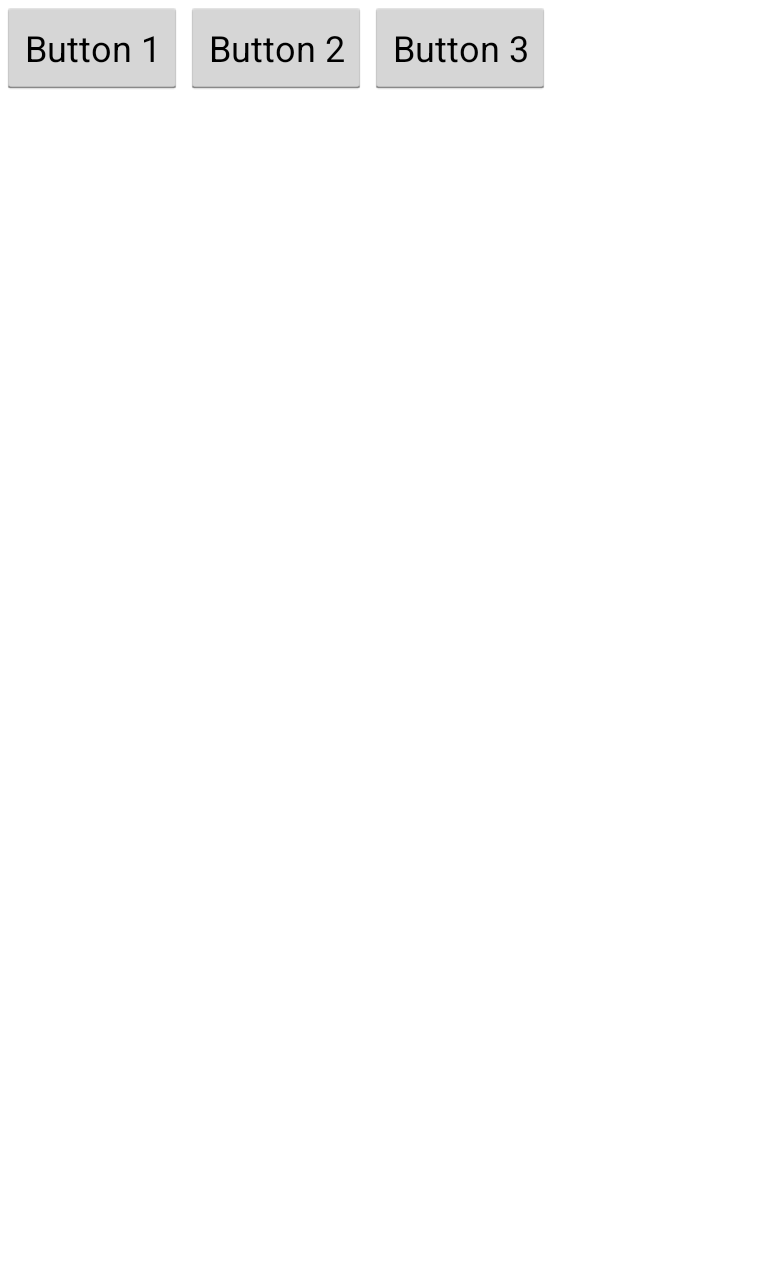
Repository: Wang-Xuan/Hello-World
Layout: UILayoutTest/res/layout/activity_main.xml
These files come from the project's save history. The layout is drawn as it stood at one moment and after the next save; the edit follows.
It is drawn on a 768 x 1280 px phone screen (xhdpi) without system bars, with theme AppTheme; the app's code is not run.

Above is the layout before, as saved 2014-12-07 05:19:23.

After the next save:
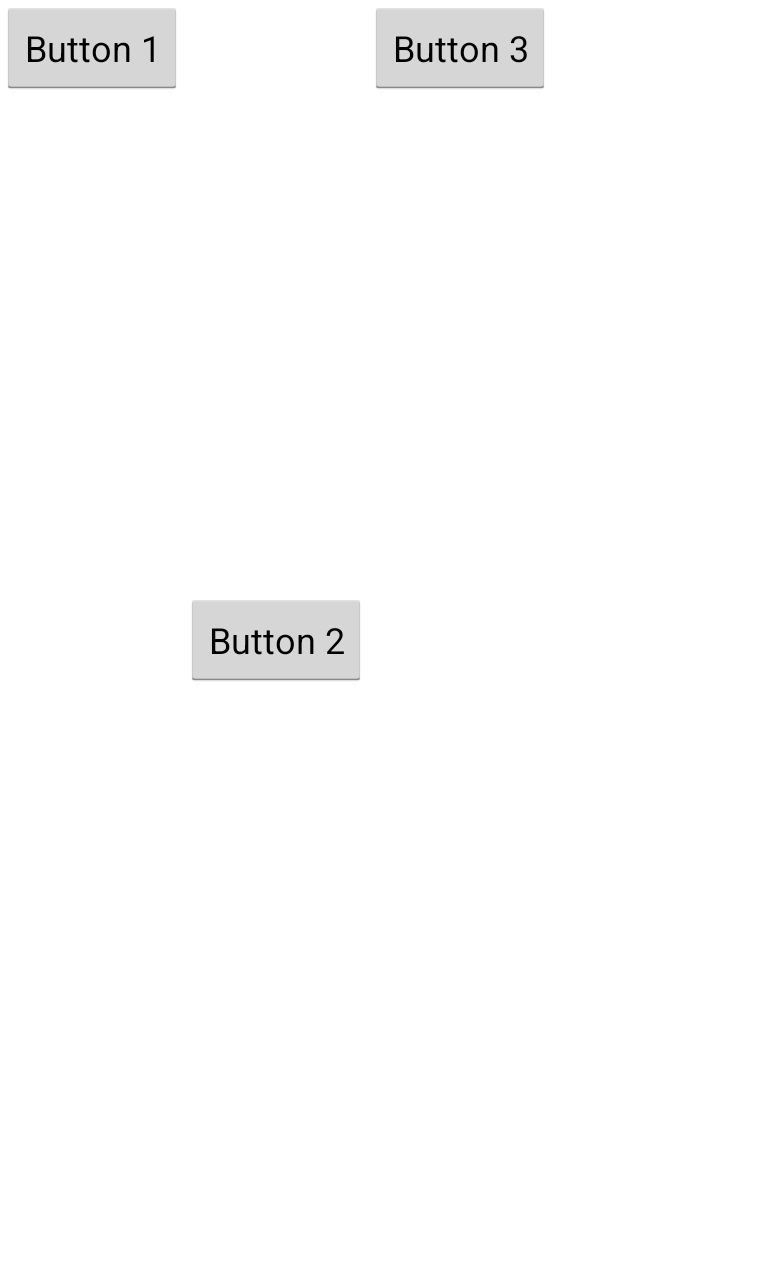
Saved 3 min 53 s later.
--- a/UILayoutTest/res/layout/activity_main.xml
+++ b/UILayoutTest/res/layout/activity_main.xml
@@ -8,18 +8,21 @@
 	    android:id="@+id/button1"
 	    android:layout_width="wrap_content"
 	    android:layout_height="wrap_content"
+	    android:layout_gravity="top"
 	    android:text="Button 1" />
 
 	<Button
 	    android:id="@+id/button2"
 	    android:layout_width="wrap_content"
 	    android:layout_height="wrap_content"
+	    android:layout_gravity="center_vertical"
 	    android:text="Button 2" />
 
 	<Button
 	    android:id="@+id/button3"
 	    android:layout_width="wrap_content"
 	    android:layout_height="wrap_content"
+	    android:layout_gravity="buttom"
 	    android:text="Button 3" />
 
 </LinearLayout>
